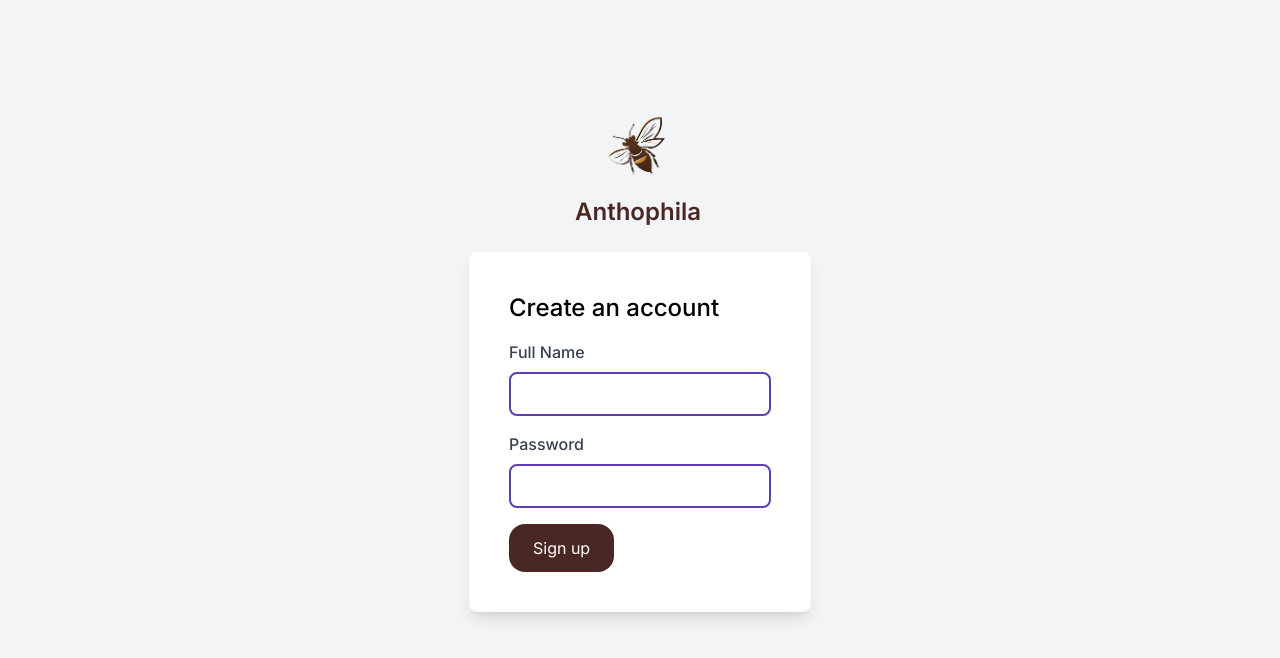
Repository: marcusdashe/anthophila
Page: /signup
These files come from the project's save history. The page is drawn as it stood at one moment and after the next save; the edit follows.
The browser window is 1280 px wide. The pictures show the whole page.
The project was rebuilt for these pictures with package versions that can differ from the ones it lists, and the page was loaded fresh each time. The framework's server and built-in components were replaced by stand-ins that run in the browser. Also part of the build but not shown: next.config.js.

Above is the page before, as saved 2023-03-01 23:30:54.

### pages/_document.js
import { Html, Head, Main, NextScript } from 'next/document'

export default function Document() {
  return (
    <Html lang="en">
      <Head>
        <link rel="preconnect" href="https://fonts.googleapis.com" />
        <link rel="preconnect" href="https://fonts.gstatic.com" crossOrigin />
        <link href="https://fonts.googleapis.com/css2?family=Inter:wght@100;200;300;400;500;600&display=swap" rel="stylesheet" />
      </Head>
      <body>
        <Main />
        <NextScript />
      </body>
    </Html>
  )
}

### pages/signup.js
import React, {useState} from 'react'
import { useRouter } from 'next/router'
import Web3 from 'web3'



const Signup = () => {
  const [ error, setError ] = useState("")
  const [web3, setWeb3] = useState(null)

  const router = useRouter()
  const signingUpAs = router.query.user


  const connectWalletHandler = async (evt) => {
        evt.preventDefault()
          if(typeof window !== "undefined" && window.ethereum !== "undefined"){
             try{
                 await window.ethereum.request({method: "eth_requestAccounts"})
                 setWeb3(new Web3(window.ethereum));
             } catch(error){
                  setError(error.message)
             }

          } else {
              window.alert("Please install metamask")
          }
          if (web3) {
            // Use web3 to interact with the blockchain
            console.log(web3)
            console.log("Connected succesfully")
          }
  }
  return (
    <div className="flex flex-col items-center justify-center h-screen bg-gray-100">
      <div className='font-bold text-2xl cursor-pointer flex flex-col items-center text-gray-80 hover:scale-110 duration-500 mb-6'>
            <img src="/assets/logo.png" alt="logo" className="object-scale-down h-20 w-20" />
                <span className='text-2xl text-[#492823] mr-1 pt-2 '>
                    Anthophila
                </span>
      </div>
    <div className="bg-white p-10 rounded-lg shadow-lg">
      <h1 className="text-2xl font-medium mb-4">Create an account</h1>
      <form>
        <div className="mb-4">
          <label htmlFor="name" className="block text-gray-700 font-medium mb-2">Full Name</label>
          <input type="text" id="name" name="name" className="border-[#5F3EB2] border-2 rounded-lg py-2 px-3 w-full" />
        </div>
        <div className="mb-4">
          <label htmlFor="password" className="block text-gray-700 font-medium mb-2">Password</label>
          <input type="password" id="password" name="password" className="border-[#5F3EB2] border-2 rounded-lg py-2 px-3 w-full" />
        </div>

        <button onClick = {connectWalletHandler} className="bg-[#492823] w-150 text-white py-3 px-6 rounded-2xl md:mr-3 ml-0 hover:bg-[#D5D0ED] hover:text-[#492823] duration-500 hover:scale-110 duration-500  snm:mr-3">Sign up</button>
      </form>
      <p className='text-[#AE1B1B]'>{error}</p>
    </div>
  </div>
);
}



export default Signup

### styles/globals.css
@tailwind base;
@tailwind components;
@tailwind utilities;


@layer base {
    html {

      font-family: 'Inter', sans-serif;
    }
  }

### tailwind.config.js
/** @type {import('tailwindcss').Config} */

module.exports = {
  content: [
    "./app/**/*.{js,ts,jsx,tsx}",
    "./pages/**/*.{js,ts,jsx,tsx}",
    "./components/**/*.{js,ts,jsx,tsx}",
  ],
  theme: {
    extend: {},
  },
  plugins: [],
}

Loaded but not shown: pages/_app.js (common file); pages/api/hello.js (common file)

After the next save:
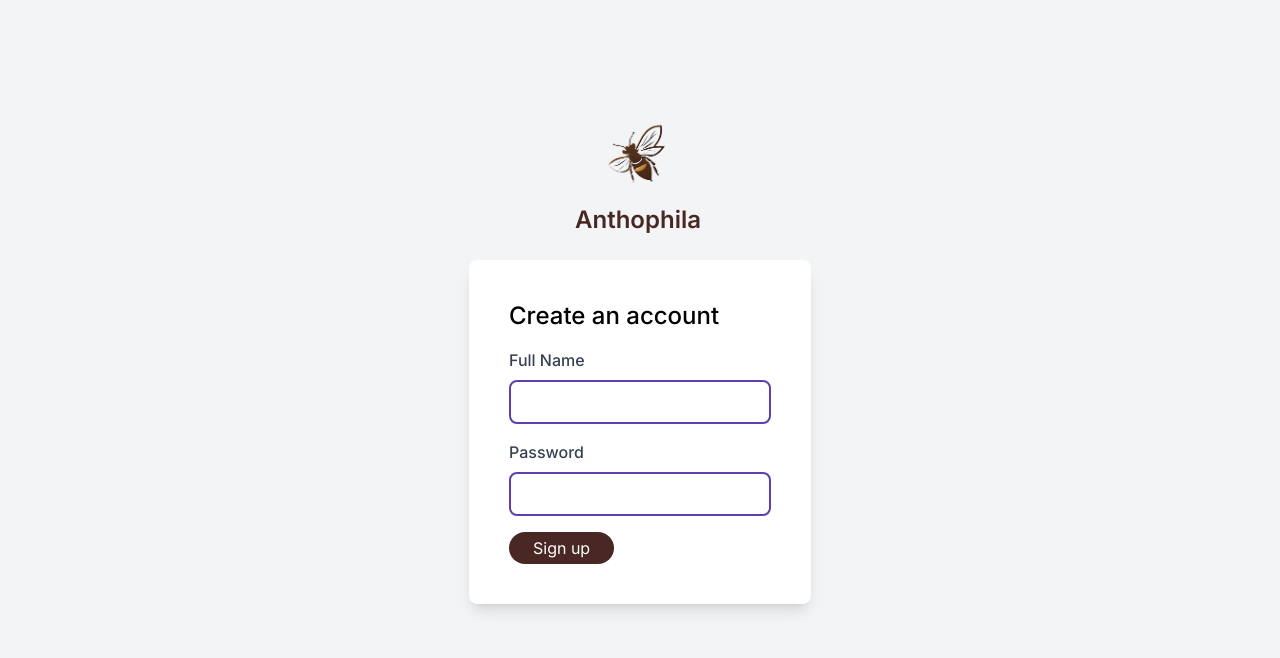
Saved 8 s later.
--- a/pages/signup.js
+++ b/pages/signup.js
@@ -51,7 +51,7 @@ const Signup = () => {
           <input type="password" id="password" name="password" className="border-[#5F3EB2] border-2 rounded-lg py-2 px-3 w-full" />
         </div>
 
-        <button onClick = {connectWalletHandler} className="bg-[#492823] w-150 text-white py-3 px-6 rounded-2xl md:mr-3 ml-0 hover:bg-[#D5D0ED] hover:text-[#492823] duration-500 hover:scale-110 duration-500  snm:mr-3">Sign up</button>
+        <button onClick = {connectWalletHandler} className="bg-[#492823] w-150 text-white py-1 px-6 rounded-2xl md:mr-3 ml-0 hover:bg-[#D5D0ED] hover:text-[#492823] duration-500 hover:scale-110 duration-500  snm:mr-3">Sign up</button>
       </form>
       <p className='text-[#AE1B1B]'>{error}</p>
     </div>
